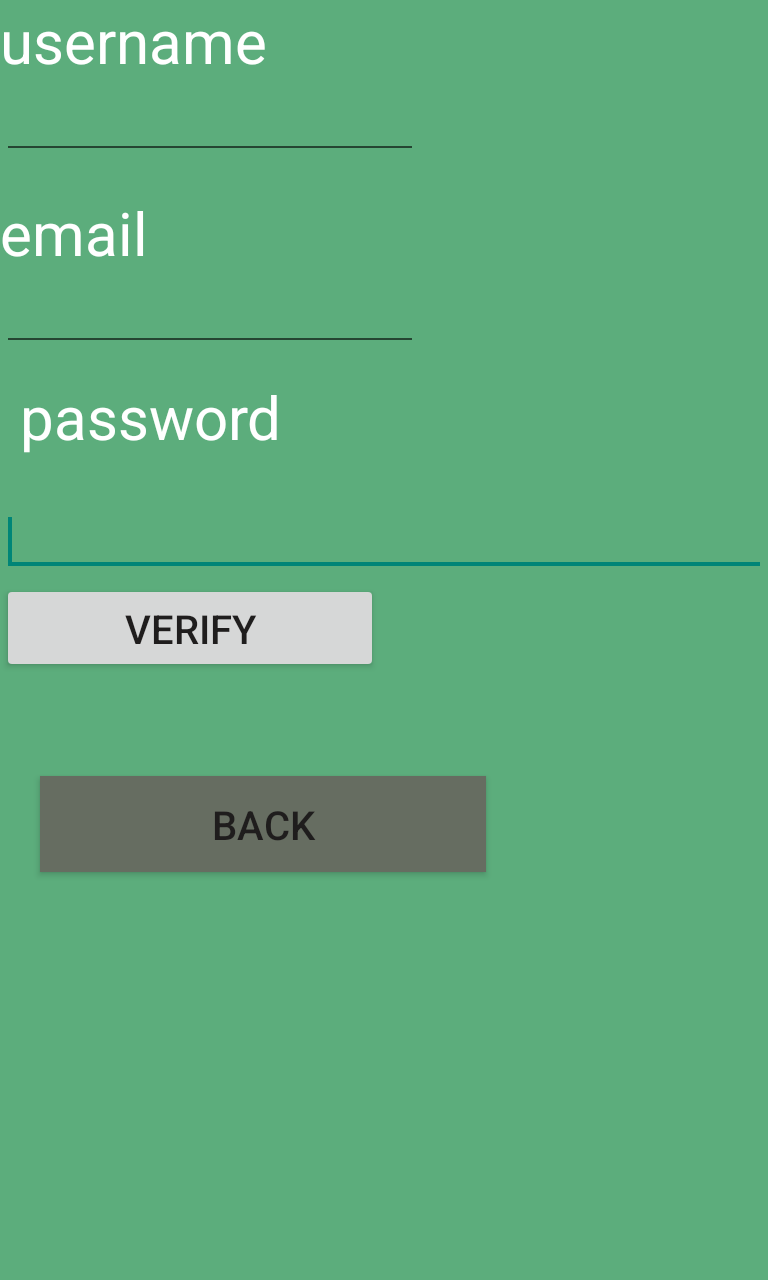
Repository: janemuthoni/icon
Layout: Exam/res/layout/login.xml
The author's editor kept a copy of each file at every save. The layout is drawn from the files as they stood at one save, then again after the next save.
It is drawn on a 768 x 1280 px phone screen (xhdpi) without system bars, with theme AppTheme; the app's code is not run.

Above is the layout before, as saved 2014-08-07 09:21:37.

### Exam/res/layout/login.xml
<?xml version="1.0" encoding="utf-8"?>
<LinearLayout xmlns:android="http://schemas.android.com/apk/res/android"
    android:layout_width="match_parent"
    android:layout_height="match_parent"
    android:orientation="vertical"
    android:background="@color/cyan">
     <TextView
           android:id="@+id/tvusername"
           android:layout_width="wrap_content"
           android:layout_height="wrap_content"
           android:text="@string/Username"
           android:textSize="30sp"
           android:textColor="@color/white" />

       <EditText
           android:id="@+id/etusername"
           android:layout_width="wrap_content"
           android:layout_height="wrap_content"
           android:ems="10"
           android:inputType="textPersonName" />

       <TextView
           android:id="@+id/tvemail"
           android:text="@string/email"
           android:textColor="@color/white"
           android:layout_width="wrap_content"
           android:layout_height="wrap_content"
           android:layout_marginTop="14dp"
           android:textSize="30sp" />

       <EditText
           android:id="@+id/etemail"
           android:layout_width="wrap_content"
           android:layout_height="wrap_content"
           android:ems="10"
           android:inputType="textEmailAddress" />

   <TextView
     android:id="@+id/tvpassword"
     android:layout_width="wrap_content"
     android:layout_height="wrap_content"
     android:text="@string/password"
     android:textSize="30sp"
     android:textColor="@color/white"
     android:layout_margin="10dp"/>

   <EditText
       android:id="@+id/editText2"
       android:layout_width="match_parent"
       android:layout_height="wrap_content"
       android:layout_marginTop="10dp"
       android:ems="10"
       android:inputType="textPassword" >

       <requestFocus />
   </EditText>

   <Button
       android:id="@+id/btnVerify"
       android:layout_width="190dp"
       android:layout_height="wrap_content"
       android:text="@string/buttonverify"
       android:textColor="@color/black"
          android:textSize="20sp" />

      <Button
          android:id="@+id/buttonback"
          android:layout_width="223dp"
          android:layout_height="wrap_content"
          android:layout_marginLeft="20dp"
          android:layout_marginTop="50dp"
          android:background="@color/darkgrey"
          android:text="@string/buttonback"
          android:textColor="@color/black"
          android:textSize="20sp" />

</LinearLayout>

### Exam/res/values/color.xml
<?xml version="1.0" encoding="utf-8"?>
<resources>
     <color name="grey">#A49F99</color>
      <color name="blue">#170674</color>
      <color name="green">#C81B1B</color>
      <color name="lightgreen">#7FDC33</color>
      <color name="darkgrey">#666D61</color>
      <color name="white">#FFFFFF</color>
      <color name="black">#1F1D1D</color>
      <color name="pink">#E1FBA2F7</color>
      <color name="lightgrey">#EBE0E3</color>
      <color name="cyan">#5CAD7C</color>
      <color name="greengrass">#08893C</color>
      <color name="yellow">#FDFF4F</color>
      <color name="violet">#7D0E2F</color>


</resources>

### Exam/res/values/strings.xml
<?xml version="1.0" encoding="utf-8"?>
<resources>

    <string name="app_name">Exam</string>
    <string name="hello_world">Hello world!</string>
    <string name="action_settings">Settings</string>
    <string name="firstname">firstname</string>
    <string name="email">email</string>
    <string name="password">password</string>
    <string name="Username">username</string>
    <string name="buttonregister">Register</string>
    <string name="buttonLogin">Login</string>
    <string name="buttonback">back</string>
    <string name="buttonverify">Verify</string>
    <string name="btndisplay">display</string>
    <string name="title_activity_register">RegisterActivity</string>
    <string name="title_activity_main">MainActivity</string>
    <string name="title_activity_welcome">WelcomeActivity</string>

</resources>

Loaded but not shown: Exam/res/values/styles.xml (common file); Exam/res/values-v11/styles.xml (common file); Exam/res/values-v14/styles.xml (common file)

After the next save:
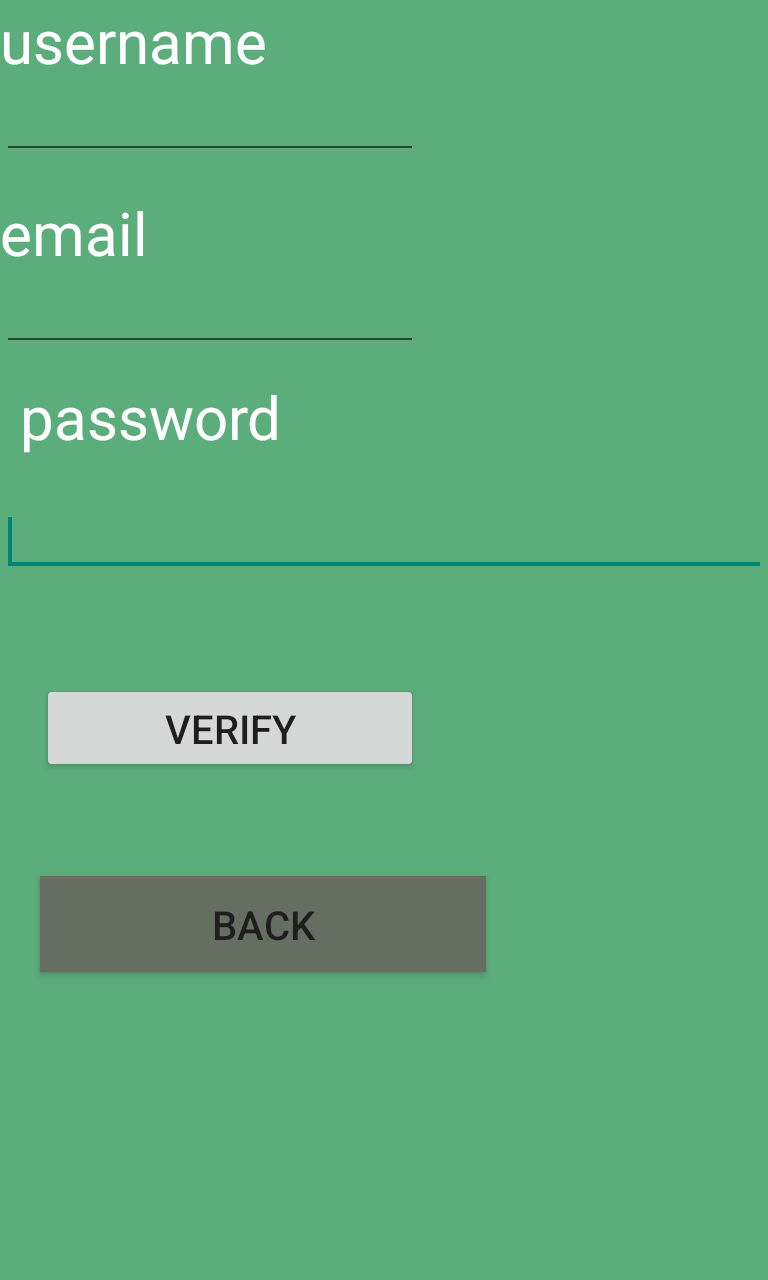
Saved 13 s later.
--- a/Exam/res/layout/login.xml
+++ b/Exam/res/layout/login.xml
@@ -61,7 +61,9 @@
        android:layout_height="wrap_content"
        android:text="@string/buttonverify"
        android:textColor="@color/black"
-          android:textSize="20sp" />
+          android:textSize="20sp"
+          android:layout_marginLeft="20dp"
+          android:layout_marginTop="50dp"/>
 
       <Button
           android:id="@+id/buttonback"
